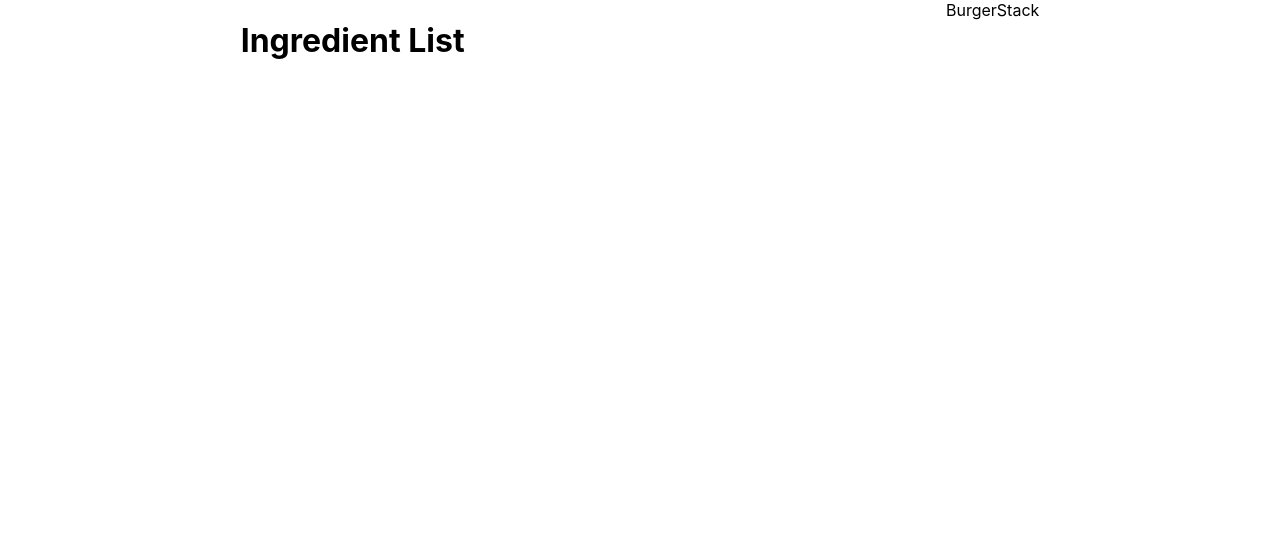
Repository: thecoachanna/react-burger-stacker
Page: /
An editor plug-in stored every save of this project. The page is shown before and after a run of saves, followed by the edit.
The browser window is 1280 px wide. The pictures show the whole page.
The project was rebuilt for these pictures with package versions that can differ from the ones it lists, and the page was loaded fresh each time.

Above is the page before, as saved 2023-02-04 13:27:19.

### src/index.css
body {
  margin: 0;
  font-family: -apple-system, BlinkMacSystemFont, 'Segoe UI', 'Roboto', 'Oxygen',
    'Ubuntu', 'Cantarell', 'Fira Sans', 'Droid Sans', 'Helvetica Neue',
    sans-serif;
  -webkit-font-smoothing: antialiased;
  -moz-osx-font-smoothing: grayscale;
}

code {
  font-family: source-code-pro, Menlo, Monaco, Consolas, 'Courier New',
    monospace;
}

.burger-stacker {
  display: flex;
  justify-content: space-around;
}

### src/App.js
import BurgerStack from './components/BurgerStack.jsx'
import IngredientList from './components/IngredientList.jsx'
import './App.css';

function App() {
  return (
    <div className="App burger-stacker">
      <IngredientList />
      <BurgerStack />
    </div>
  );
}

export default App;

### src/components/BurgerStack.jsx
import React from 'react'
import Ingredient from './Ingredient.jsx'

const BurgerStack = () => {
  return (
    <div>BurgerStack</div>
  )
}

export default BurgerStack

### src/components/IngredientList.jsx
import React from 'react'
import Ingredient from './Ingredient.jsx'

const IngredientList = () => {
    const ingredientObjects = [
        {name: 'Kaiser Bun', color: 'saddlebrown'},
        {name: 'Sesame Bun', color: 'sandybrown'},
        {name: 'Gluten Free Bun', color: 'peru'},
        {name: 'Lettuce Wrap', color: 'olivedrab'},
        {name: 'Beef Patty', color: '#3F250B'},
        {name: 'Black Bean Patty', color: '#3F250B'},
        {name: 'Cheese', color: 'mustard'},
        {name: 'Lettuce', color: 'lawngreen'},
        {name: 'Tomato', color: 'tomato'},
        {name: 'Bacon', color: 'maroon'},
        {name: 'Onion', color: 'lightyellow'}
      ]

      const ingredients = ingredientObjects.map((ingredientObject, index) => {
        return (
          <Ingredient
          key={`yum ${index}`}
            name={ingredientObject.name}
            color={ingredientObject.color}
          />
        )
      })

      return (
        <div>
          <h1>Ingredient List</h1>
          {ingredients}
        </div>
      )
    }

export default IngredientList

### src/components/Ingredient.jsx
import React from 'react'

const Ingredient = (props) => {
  return (
      <div>
          <h3></h3>
    </div>
  )
}

export default Ingredient

Loaded but not shown: public/index.html (common file); src/index.js (common file); src/reportWebVitals.js (common file); src/App.css (common file)

After the next 3 saves:
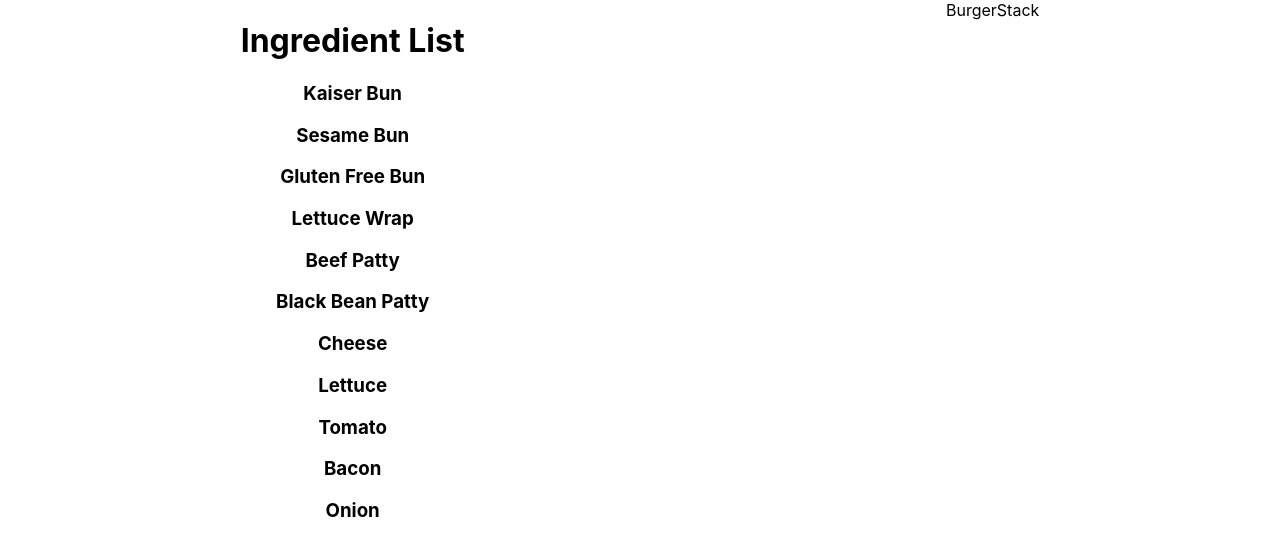
The 3 saves are shown as one change because they came seconds apart.
The last was saved 8 s later.
--- a/src/components/Ingredient.jsx
+++ b/src/components/Ingredient.jsx
@@ -3,7 +3,7 @@ import React from 'react'
 const Ingredient = (props) => {
   return (
       <div>
-          <h3></h3>
+          <h3>{props.name}</h3>
     </div>
   )
 }
